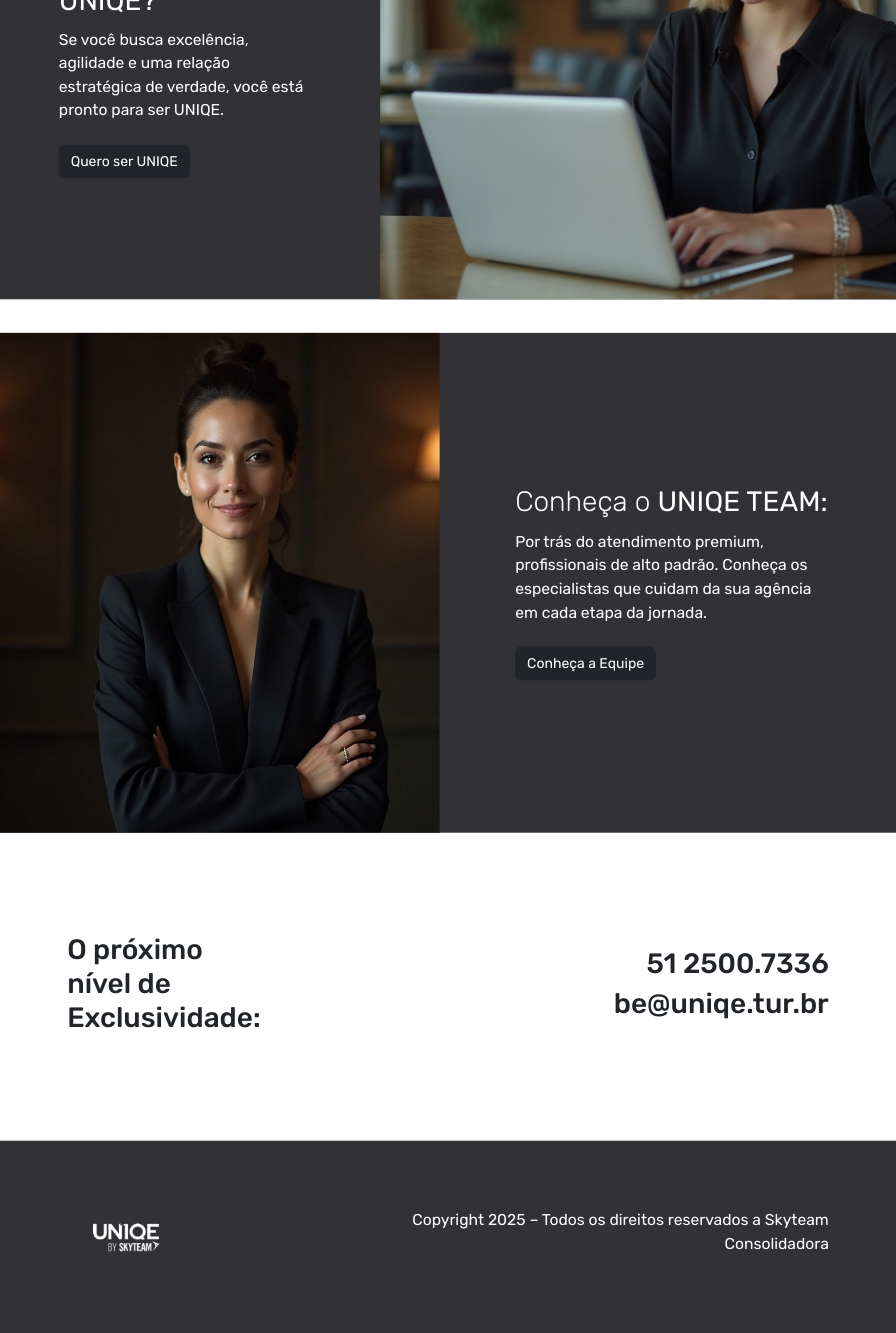
Repository: SkyTeam-Dev/Site-Uniqe
Page: http://localhost/
The author's editor kept a copy of each file at every save. The page is drawn from the files as they stood at one save, then again after the next save.
The browser window is 1280 px wide. The pictures show the part of the page from y = 2922 to 4842 px (the page is 4826 px tall before and 4842 px after), at 70% of full size.
Some web libraries are served in a nearby version. The page is run by PHP 8.4 with error messages shown; the project is at /var/www/html/.

Above is the page before, as saved 2025-07-08 09:41:31.

After the next save:
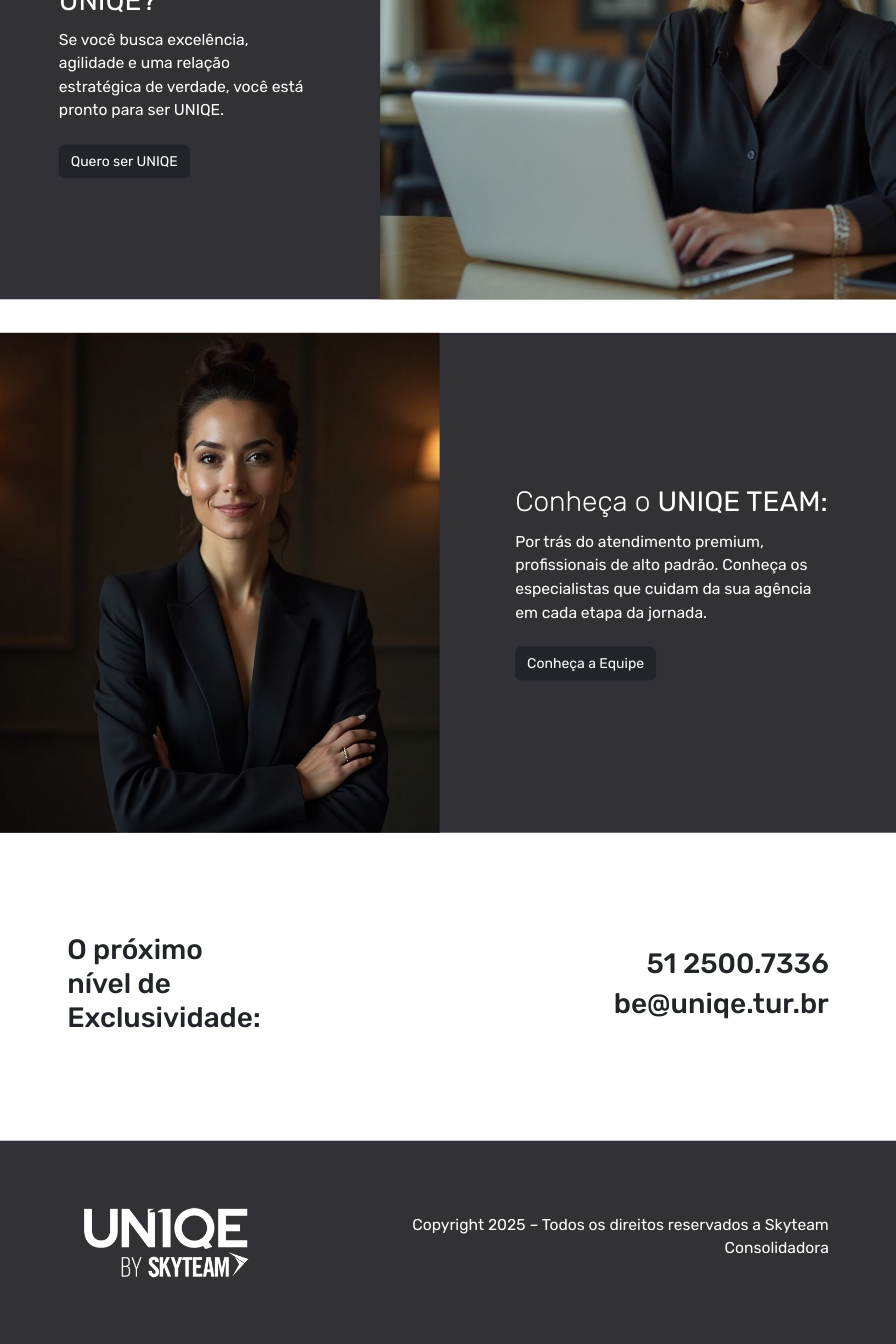
Saved 3 min 10 s later.
--- a/index.php
+++ b/index.php
@@ -524,7 +524,7 @@
             <div class="col-md-4 p-5 mb-4 mb-md-0">
                 <div class="p-5 text-start">
 
-                    <img src="Templates/Default/Imagens/Logo_Uniqe_Branco.png" class="ms-4 img-fluid fw-bold">
+                    <img src="Templates/Default/Imagens/Logo_Uniqe_Branco300.png" class="ms-4 img-fluid fw-bold">
 
                 </div>
             </div>
